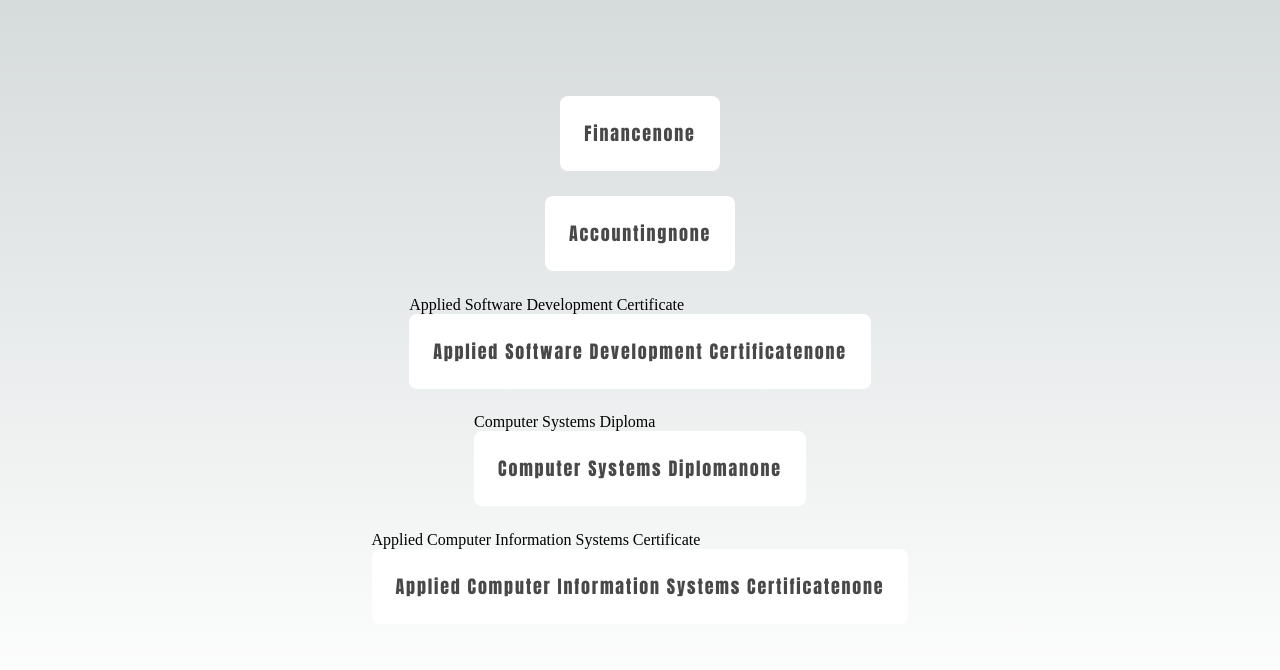
Repository: giovanabirck/class03-vercel-test
Page: /
These files come from the project's save history. The page is drawn as it stood at one moment and after the next save; the edit follows.
The browser window is 1280 px wide. The pictures show the whole page.
The project was rebuilt for these pictures with package versions that can differ from the ones it lists, and the page was loaded fresh each time. The framework's server and built-in components were replaced by stand-ins that run in the browser. Also part of the build but not shown: next.config.js.

Above is the page before, as saved 2023-01-24 21:22:07.

After the next save:
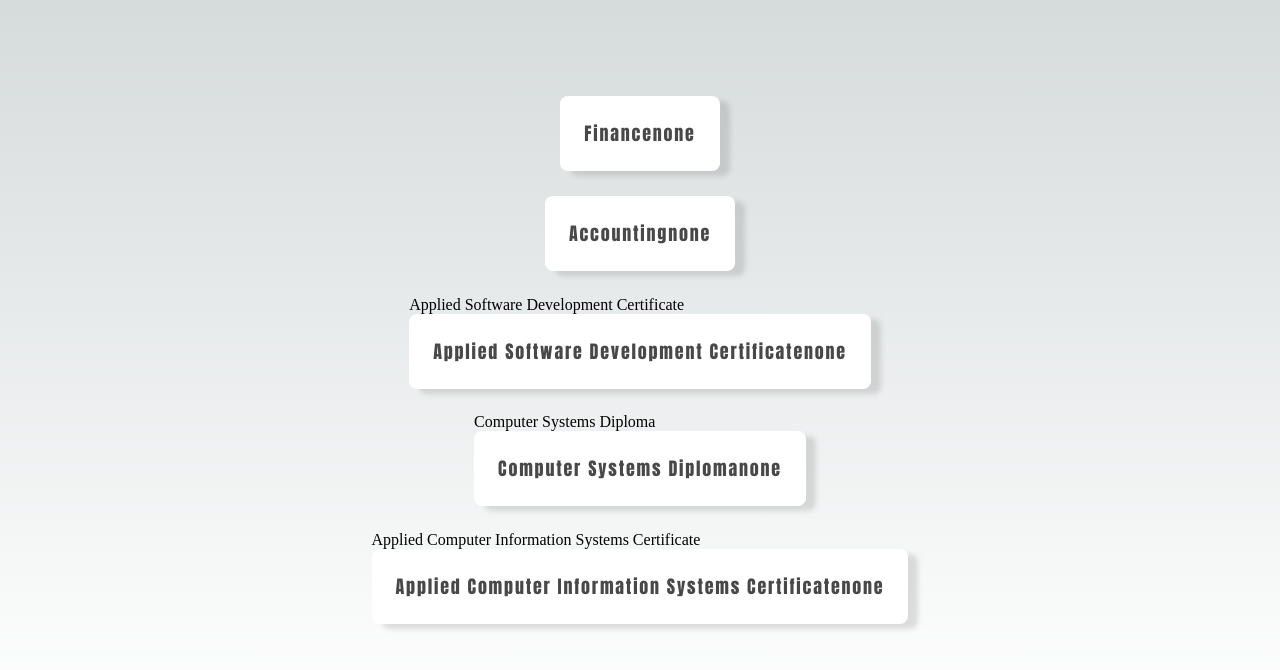
Saved 7 s later.
--- a/components/Card/index.js
+++ b/components/Card/index.js
@@ -15,7 +15,7 @@ export default function Card({
             letterSpacing: "0.1em",
             display: "flex",
             borderRadius: "8px",
-            boxShadow: "10px 5px 5px rgb()"
+            boxShadow: "10px 5px 5px rgb(100, 100, 100, 0.2)"
         }}>
             {degree}
             {department}
